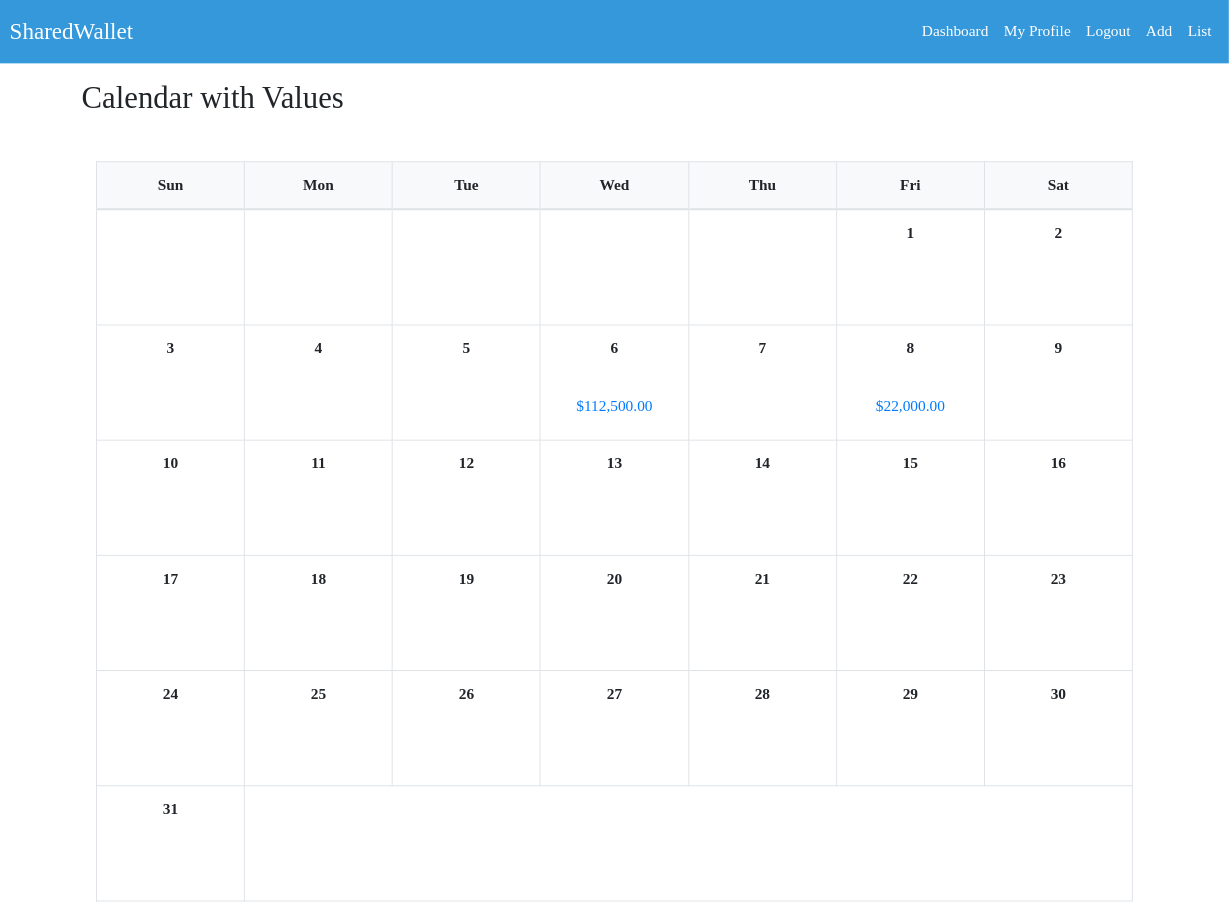
Repository: YoonHakyoung/SharedWallet
Page: http://localhost/Final_Exam/WEB-INF/views/asset/calender.jsp
An editor plug-in stored every save of this project. The page is shown before and after the next save, followed by the edit.
The browser window is 1280 px wide. The pictures show the whole page, at 96% of full size.
Some web fonts or font styles are not loaded; a fallback is used. The page is served by Tomcat 9. Nobody is signed in. Other server files are loaded and not shown. The template is opened directly, without the code that normally fills it, so the values that code supplies are empty.

Above is the page before, as saved 2023-12-10 07:28:39.

### Spring/Project/Final Exam/src/main/webapp/WEB-INF/views/asset/calender.jsp
<%@ page language="java" contentType="text/html; charset=UTF-8" pageEncoding="UTF-8"%>
<%@ taglib uri="http://java.sun.com/jsp/jstl/core" prefix="c" %>
<%@ taglib uri="http://java.sun.com/jsp/jstl/functions" prefix="fn" %>
<%@ taglib uri="http://java.sun.com/jsp/jstl/fmt" prefix="fmt" %>
<%@ page import="java.util.*" %>
<%@ page import="java.text.NumberFormat" %>

<!DOCTYPE html>
<html lang="en">
<head>
    <meta charset="UTF-8">
    <meta name="viewport" content="width=device-width, initial-scale=1, shrink-to-fit=no">
    <title>Calendar with Values</title>
    <!-- 부트스트랩 CSS -->
    <link rel="stylesheet" href="https://stackpath.bootstrapcdn.com/bootstrap/4.3.1/css/bootstrap.min.css">
    <style>
        @font-face {
            font-family: 'SUITE-Regular';
            src: url('https://cdn.jsdelivr.net/gh/projectnoonnu/noonfonts_2304-2@1.0/SUITE-Regular.woff2') format('woff2');
            font-weight: 700;
            font-style: normal;
        }
        body{
        	font-family: 'SUITE-Regular';
        }

        table {
            border-collapse: collapse;
            width: 100%;
            margin-bottom: 20px; /* 테이블 아래 여백 추가 */
        }

        th, td {
            border: 1px solid #dddddd;
            padding: 8px;
            text-align: center;
            vertical-align: top;
            width: 14.2857%; /* 날짜 칸에 동일한 가로 길이 부여 */
        }

        th {
            height: 30px;
            background-color: #f8f9fa;
        }

        td {
            height: 120px;
        }

        .date {
            font-weight: bold;
            margin-bottom: 0px;
        }

        .value {
            color: #007bff;
            bottom: 20px;
            left: 50%;
            transform: translateY(150%);
        }
    </style>
</head>
<body>
<%@ include file="/WEB-INF/views/include/nav.jsp"%>
<%
    // 주어진 Map 데이터
    Map<String, Integer> dataMap = new HashMap<>();
    dataMap.put("2023-12-06", 112500);
    dataMap.put("2023-12-08", 22000);

    // Java 코드를 사용하여 현재 년월을 가져오기
    java.util.Calendar cal = java.util.Calendar.getInstance();
    int year = cal.get(java.util.Calendar.YEAR);
    int month = cal.get(java.util.Calendar.MONTH) + 1; // 월은 0부터 시작하므로 1을 더함

    // 현재 월의 첫째 날의 요일과 마지막 날짜를 계산
    cal.set(year, month - 1, 1);
    int firstDayOfWeek = cal.get(java.util.Calendar.DAY_OF_WEEK);
    int lastDay = cal.getActualMaximum(java.util.Calendar.DAY_OF_MONTH);

    // 요일 배열
    String[] weekDays = {"Sun", "Mon", "Tue", "Wed", "Thu", "Fri", "Sat"};
%>

<div class="container">
    <h2 class="mt-3">Calendar with Values</h2>
	<div class="container mt-5">
    <table class="table table-bordered">
        <thead>
            <tr>
                <%-- 동적으로 요일 생성 --%>
                <% for (String day : weekDays) { %>
                    <th scope="col" class="text-center"><%= day %></th>
                <% } %>
            </tr>
        </thead>
        <tbody>
            <tr>
                <%-- 날짜 요일 표시 행 --%>
                <% for (int i = 1; i < firstDayOfWeek; i++) { %>
                    <td></td>
                <% } %>
                <%-- 달력 날짜 표시 --%>
                <% for (int day = 1; day <= lastDay; day++) { %>
                    <td>
                        <div class="date">
                            <%= day %>
                        </div>
                        <div class="value">
                            <%
                                String dateString = String.format("%04d-%02d-%02d", year, month, day);
                                Integer value = dataMap.get(dateString);
                                if (value != null) {
                                    int amount = (Integer) value;
                                    NumberFormat currencyFormat = NumberFormat.getCurrencyInstance();
                                    String formattedAmount = currencyFormat.format(amount);
                            %>
                                <%= formattedAmount %>
                            <%
                                }
                            %>
                        </div>
                    </td>
                    <%-- 토요일이면 다음 줄로 이동 --%>
                    <% if ((firstDayOfWeek - 1 + day) % 7 == 0) { %>
                        </tr><tr>
                    <% } %>
                <% } %>
            </tr>
        </tbody>
    </table>
    </div>
</div>

<!-- 부트스트랩 JavaScript 및 종속성 -->
<script src="https://code.jquery.com/jquery-3.3.1.slim.min.js"></script>
<script src="https://cdnjs.cloudflare.com/ajax/libs/popper.js/1.14.7/umd/popper.min.js"></script>
<script src="https://stackpath.bootstrapcdn.com/bootstrap/4.3.1/js/bootstrap.min.js"></script>

</body>
</html>

### Spring/Project/Final Exam/src/main/webapp/WEB-INF/views/include/nav.jsp
<style>
    /* 네비게이션 바의 선택된 항목에 대한 스타일 */
    .navbar-nav .nav-item.active,
    .navbar-nav .nav-item:hover {
        background-color: #22628D; /* 선택된 항목 또는 마우스를 올렸을 때 배경색을 변경합니다. */
        color: #ffffff; /* 선택된 항목 또는 마우스를 올렸을 때 텍스트 색상을 변경합니다. */
    }
</style>

<nav class="navbar navbar-expand-lg navbar-light" style="background-color: #3498db; color: #ffffff; padding:10px;">
    <a class="navbar-brand" style="color: #ffffff; font-size: 24px;" href="<c:url value='/asset/dashboard'/>">SharedWallet</a>
    <button class="navbar-toggler" type="button" data-toggle="collapse" data-target="#navbarNav" aria-controls="navbarNav" aria-expanded="false" aria-label="Toggle navigation">
        <span class="navbar-toggler-icon" style="color:#ffffff;"></span>
    </button>
    <div class="collapse navbar-collapse" id="navbarNav">
        <ul class="navbar-nav ml-auto">
            <li class="nav-item">
                <a class="nav-link" style="color: #ffffff;" href="<c:url value='/asset/dashboard'/>">Dashboard</a>
            </li>
            <li class="nav-item">
                <a class="nav-link" style="color: #ffffff;" href="<c:url value='/member/profile'/>">My Profile</a>
            </li>
            <li class="nav-item">
                <a class="nav-link" style="color: #ffffff;" href="<c:url value='/'/>">Logout</a>
            </li>
            <li class="nav-item">
                <a class="nav-link" style="color: #ffffff;" href="<c:url value='/asset/addAssetForm'/>">Add</a>
            </li>
            <li class="nav-item">
                <a class="nav-link" style="color: #ffffff;" href="<c:url value='/asset/listAssets'/>">List</a>
            </li>

        </ul>
    </div>
</nav>

After the next save:
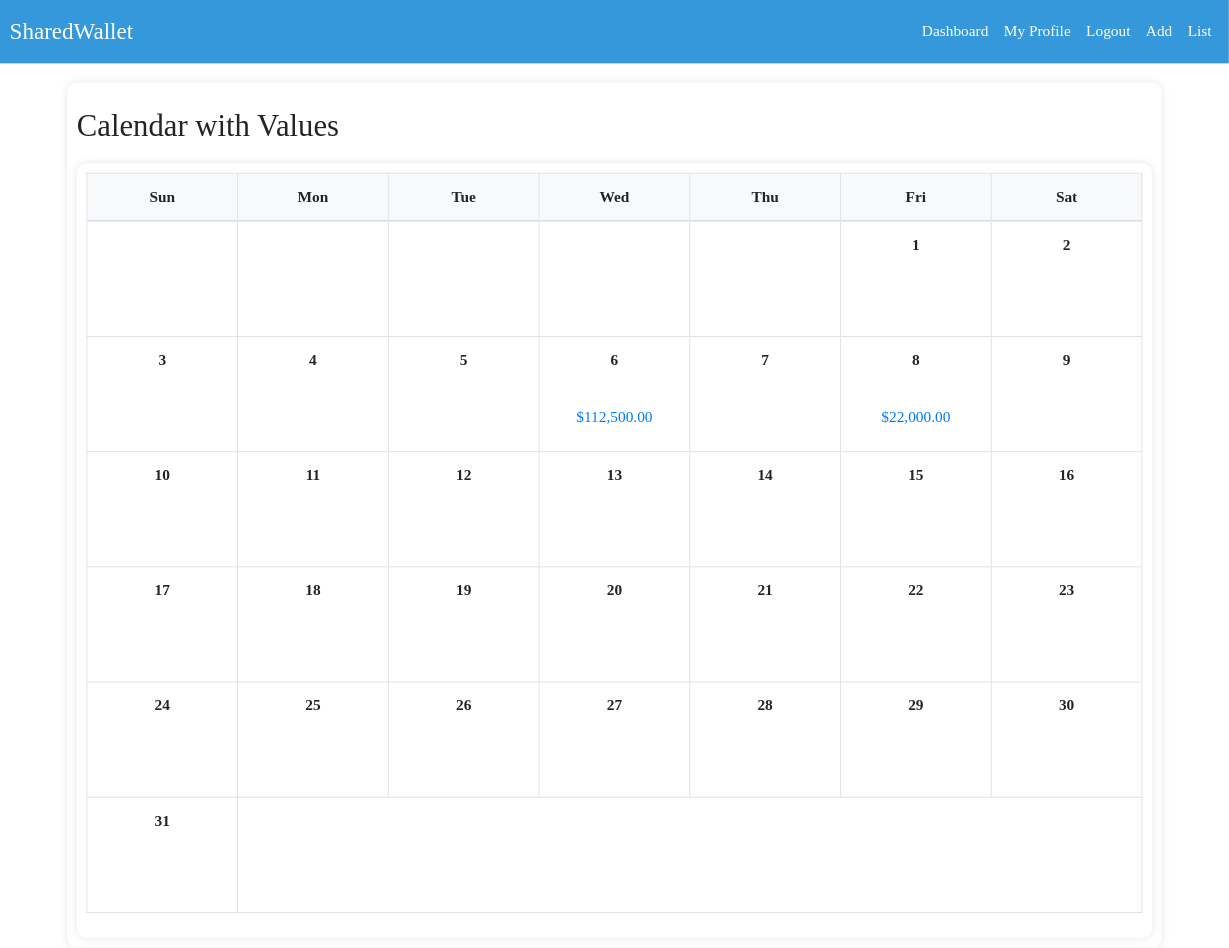
Saved 20 s later.
--- a/Spring/Project/Final Exam/src/main/webapp/WEB-INF/views/asset/calender.jsp
+++ b/Spring/Project/Final Exam/src/main/webapp/WEB-INF/views/asset/calender.jsp
@@ -57,6 +57,13 @@
             bottom: 20px;
             left: 50%;
             transform: translateY(150%);
+        }
+        .container {
+            background-color: #ffffff;
+            border-radius: 10px;
+            padding: 10px;
+            box-shadow: 0 0 10px rgba(0, 0, 0, 0.1);
+            margin-top: 20px !important;
         }
     </style>
 </head>

After the save that followed:
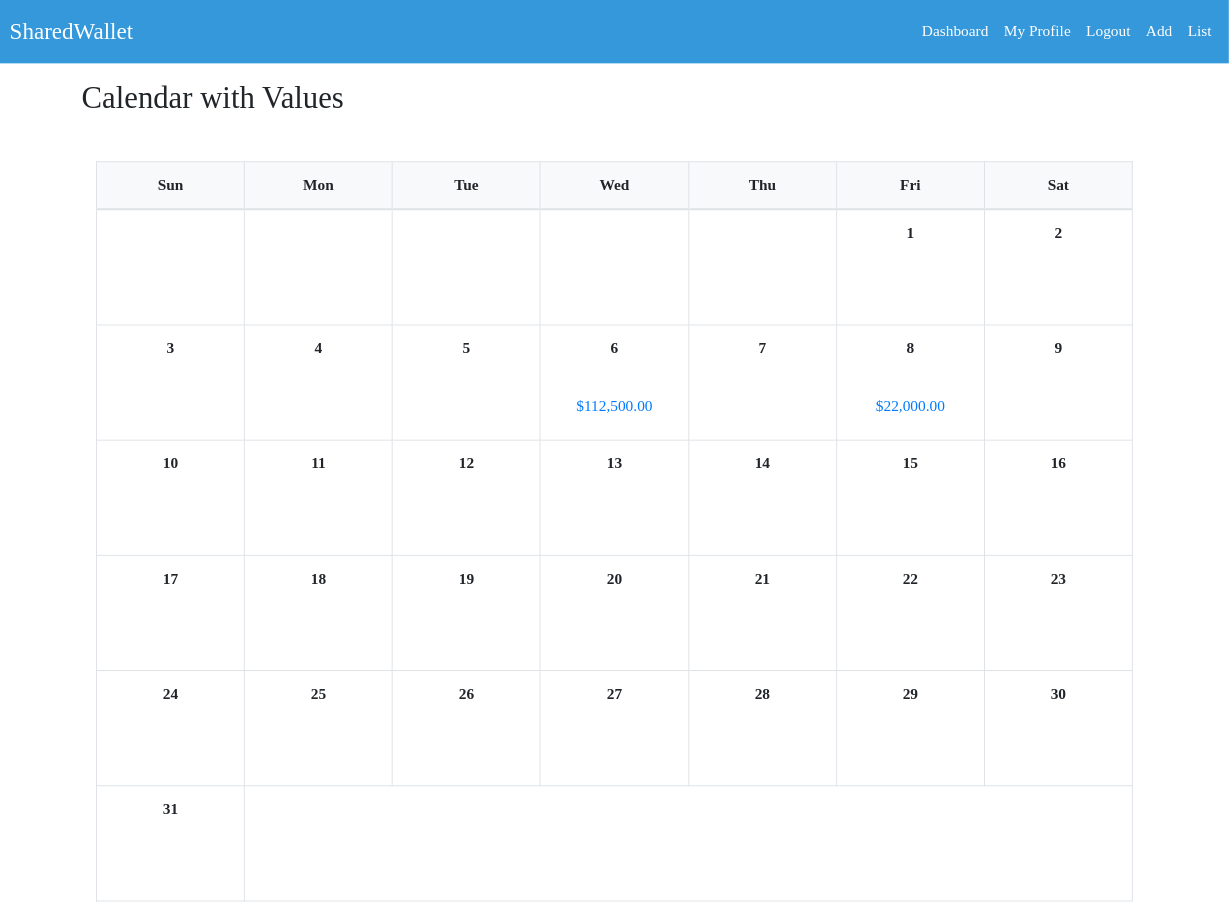
Saved 32 s later.
--- a/Spring/Project/Final Exam/src/main/webapp/WEB-INF/views/asset/calender.jsp
+++ b/Spring/Project/Final Exam/src/main/webapp/WEB-INF/views/asset/calender.jsp
@@ -58,7 +58,7 @@
             left: 50%;
             transform: translateY(150%);
         }
-        .container {
+        .container mt5{
             background-color: #ffffff;
             border-radius: 10px;
             padding: 10px;
